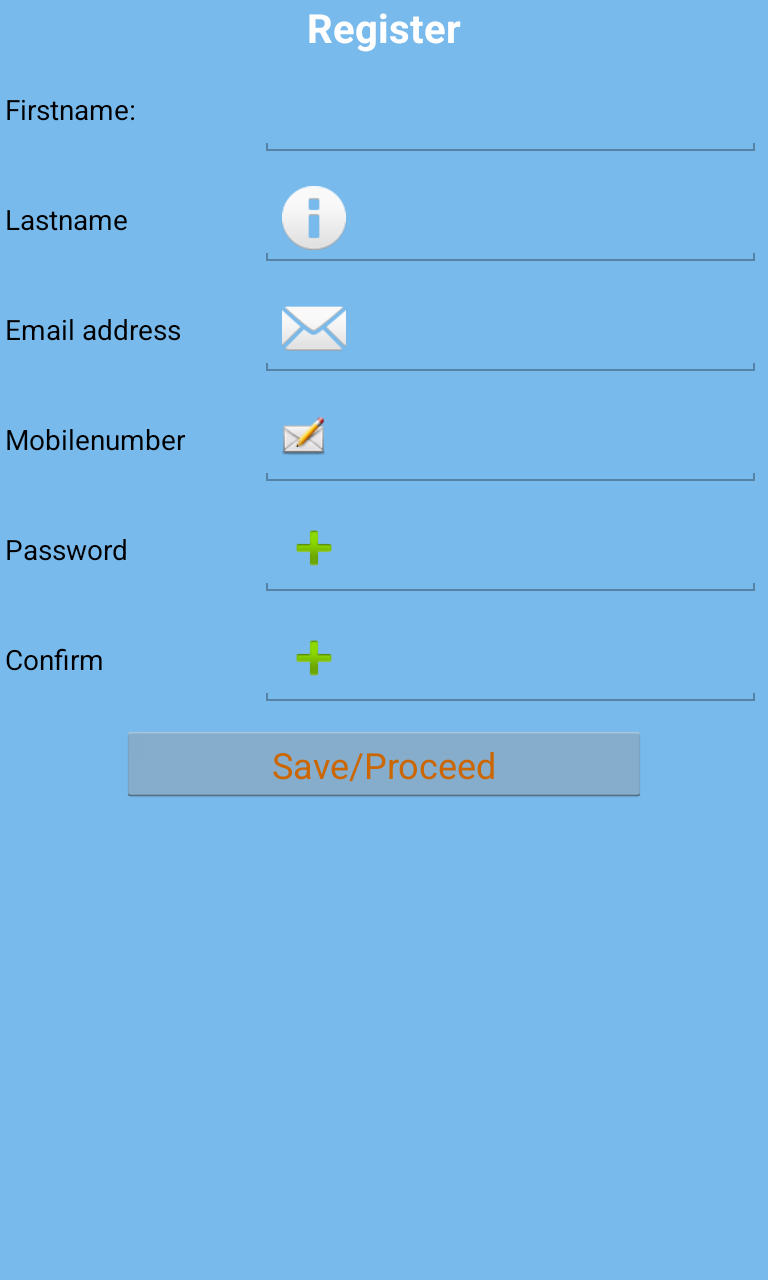
Repository: njiiriJohnii/Android-projects
Layout: Expensetracker/res/layout/register.xml
These files come from the project's save history. The layout is drawn as it stood at one moment and after the next save; the edit follows.
It is drawn on a 768 x 1280 px phone screen (xhdpi) without system bars, with theme AppTheme; the app's code is not run.

Above is the layout before, as saved 2014-06-23 16:44:55.

After the next save:
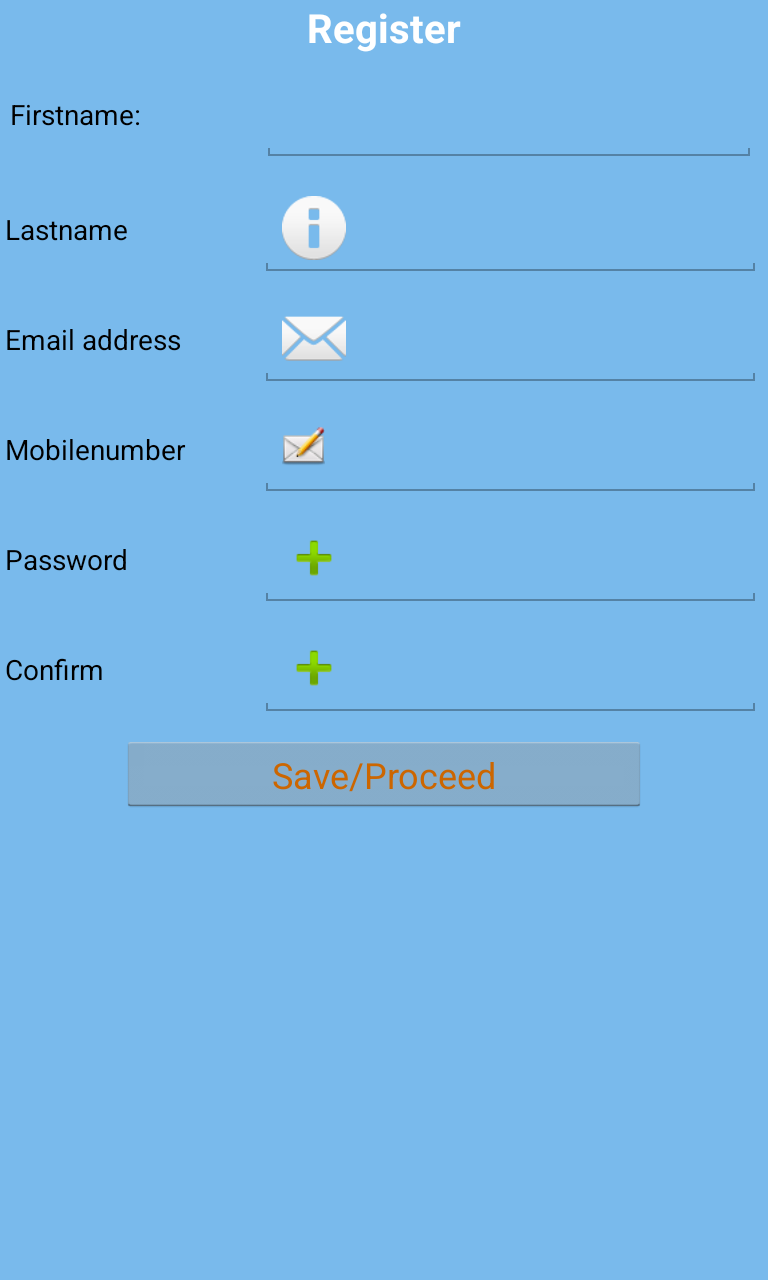
Saved 23 s later.
--- a/Expensetracker/res/layout/register.xml
+++ b/Expensetracker/res/layout/register.xml
@@ -33,7 +33,7 @@
 	<TableRow android:id="@+id/row1"
 	android:layout_width="fill_parent"
 		android:layout_height="50dip"
-		android:layout_margin="5px">
+		android:layout_margin="5dp">
 		<TextView
 		    android:layout_width="fill_parent"
 			android:layout_height="fill_parent"
